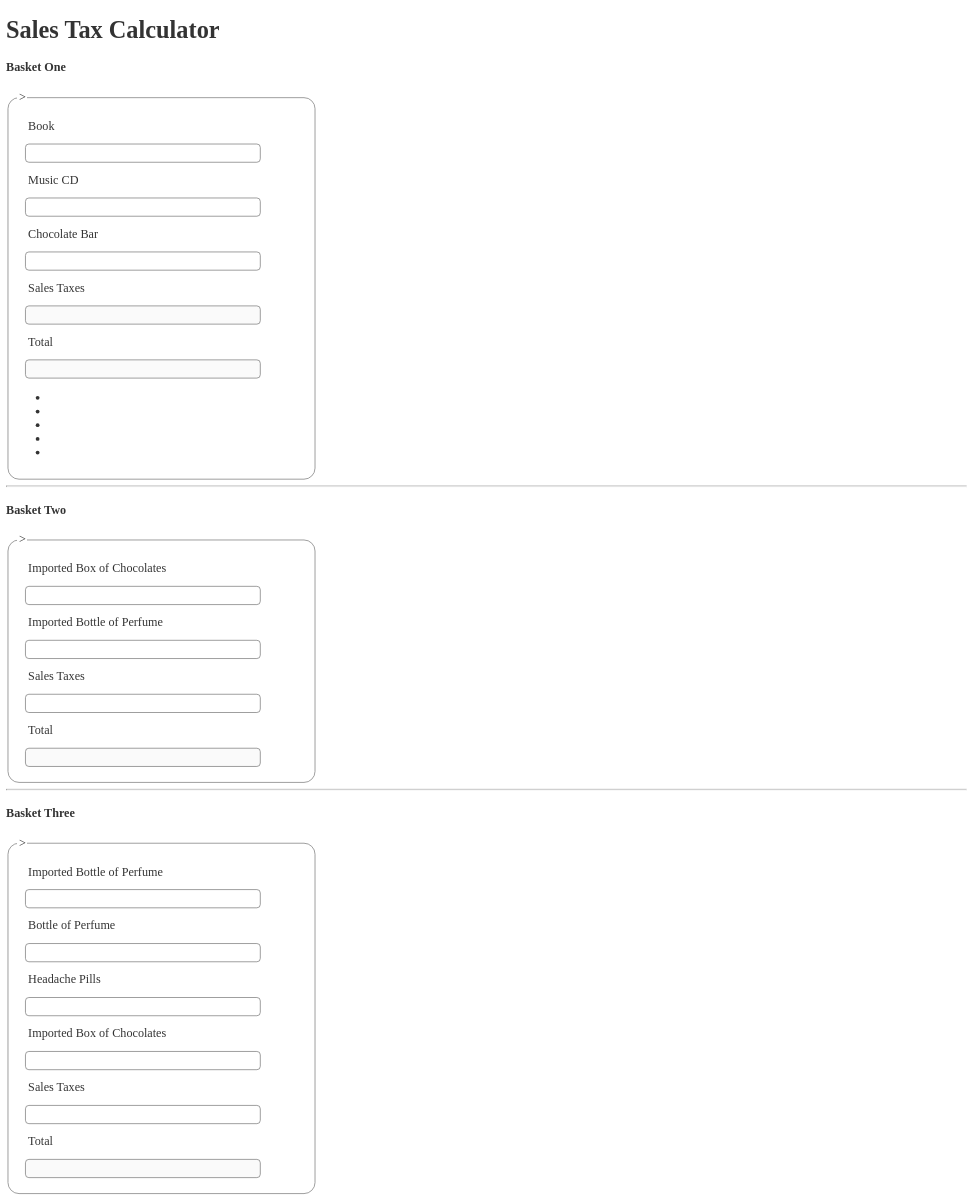
Repository: duzzisantos/sales-tax
Page: index.html
The author's editor kept a copy of each file at every save. The page is drawn from the files as they stood at one save, then again after the next save.
The browser window is 1280 px wide. The pictures show the whole page, at 76% of full size.

Above is the page before, as saved 2022-05-25 21:32:48.

### index.html
<!DOCTYPE html>
<html lang="en">

<head>
    <meta charset="UTF-8">
    <meta http-equiv="X-UA-Compatible" content="IE=edge">
    <meta name="viewport" content="width=device-width, initial-scale=1.0">
    <link href="style.css" rel="stylesheet">
    <title>Sales Tax Calculator</title>
</head>

<body>
    <h1>Sales Tax Calculator</h1>
    <section id="container">
        <h4>Basket One</h4>
        <fieldset>
            <legend>
                <!----Add basket icon here-->>
            </legend>
            <label for="book">Book</label>
            <input id="book" type="number" name="book" onchange="basketOne()" />
            <label for="musicCD">Music CD</label>
            <input id="musicCD" type="number" name="musicCD" onchange="basketOne()" />
            <label for="chocolateBar">Chocolate Bar</label>
            <input id="chocolateBar" type="number" name="chocolateBar" onchange="basketOne()" />
            <label for="sales-taxes">Sales Taxes</label>
            <input id="sales-taxes" type="number" name="sales-taxes" onchange="basketOne()" disabled />
            <label for="total">Total</label>
            <input id="total" type="number" name="total" onchange="basketOne()" disabled />
            <ul class="listOne">
                <li></li>
                <li></li>
                <li></li>
                <li></li>
                <li></li>
            </ul>
        </fieldset>
        <hr>
        <h4>Basket Two</h4>
        <fieldset>
            <legend>
                <!----Add basket icon here-->>
            </legend>
            <label for="imported-box-chocolate">Imported Box of Chocolates</label>
            <input id="imported-box-chocolate" type="number" name="imported-box-chocolate" onchange="basketTwo()" />
            <label for="imported-perfume">Imported Bottle of Perfume</label>
            <input id="imported-perfume" type="number" name="imported-perfume" onchange="basketTwo()" />

            <label for="sales-taxes2">Sales Taxes</label>
            <input id="sales-taxes2" type="number" name="sales-taxes2" onchange="basketTwo()" />
            <label for="total">Total</label>
            <input disabled id="total2" type="number" name="total2" onchange="basketTwo()" />
        </fieldset>
        <hr>
        <h4>Basket Three</h4>
        <fieldset>
            <legend>
                <!----Add basket icon here-->>
            </legend>
            <label for="imported-perfume2">Imported Bottle of Perfume</label>
            <input id="imported-perfume2" type="number" name="imported-perfume2" onchange="basketThree()" />
            <label for="bottle-perfume">Bottle of Perfume</label>
            <input id="bottle-perfume" type="number" name="bottle-perfume" onchange="basketThree()" />
            <label for="pills">Headache Pills</label>
            <input id="pills" type="number" name="pills" onchange="basketThree()" />
            <label for="imported-box-chocolate2">Imported Box of Chocolates</label>
            <input id="imported-box-chocolate2" type="number" name="imported-box-chocolate2" onchange="basketThree()" />
            <label for=" sales-taxes3">Sales Taxes</label>
            <input id="sales-taxes3" type="number" name="sales-taxes3" onchange="basketThree()" />
            <label for="total3">Total</label>
            <input disabled id="total3" type="number" name="total3" onchange="basketThree()" />
        </fieldset>
    </section>
</body>
<script src="first.js"></script>
<script src="second.js"></script>
<script src="third.js"></script>

</html>

### style.css
*{
    color: rgb(0,0,0,0.8);
}

.container{
    display: flex;
    flex-direction: column;
    align-items: center;
    justify-content: center;
    bottom: 0;
}

fieldset{
    height: fit-content;
    width: 30%;
    border: 1px solid grey;
    border-radius: 15px;
}

label, input{
    display: block;
    margin: 10px;
    padding: 4px;
}

input{
    width: 300px;
    border-radius: 5px;
    border: 1px solid grey;
}

### first.js
//Variables for tax rate
let taxFree = 0;
let basicTax = 10;
let importDuty = 5;

//imported basic taxable items attract an extra non-negotiable tax rate of 5%, therefore 10% + 5% = 15%
let basicPlusImportDuty = basicTax + importDuty;

//An app that computes the first basket of goods
const basketOne = () => {
  let book = document.getElementById("book").value;
  let musicCD = document.getElementById("musicCD").value;
  let chocolateBar = document.getElementById("chocolateBar").value;

  // The plus sign is used in front of every variable to indicate to JavaScript that they are numerical values
  // Without this, they would become concatenated strings

  //these are the sums of the items and their taxes
  let bookPlusTax = +taxFree * +book + +book;
  let musicCDPlusTax = (basicTax * +musicCD) / 100 + +musicCD;
  let chocolateBarPlusTax = +taxFree * +chocolateBar + +chocolateBar;

  //this computes the total price paid by the customer
  let netPayment = +bookPlusTax + +musicCDPlusTax + +chocolateBarPlusTax;
  document.getElementById("total").value = netPayment.toFixed(2);

  //this computes the total sales tax generated
  let totalTaxes =
    bookPlusTax -
    book +
    (musicCDPlusTax - musicCD) +
    (chocolateBarPlusTax - chocolateBar);

  //Math.ceil and toFixed method helps us round up to the nearest 0.05
  document.getElementById("sales-taxes").value = (
    Math.ceil(totalTaxes * 20) / 20
  ).toFixed(2);
};

### second.js
//Variables for tax rate
let basicTax2 = 10;
let importDuty2 = 5;

//imported basic taxable items attract an extra non-negotiable tax rate of 5%, therefore 10% + 5% = 15%
let basicPlusImportDuty2 = basicTax2 + importDuty2;

//An app that computes the second basket of goods
const basketTwo = () => {
  let importedChocolate = document.getElementById(
    "imported-box-chocolate"
  ).value;
  let importedPerfume2 = document.getElementById("imported-perfume").value;

  // The plus sign is used in front of every variable to indicate to JavaScript that they are numerical values
  // Without this, they would become concatenated strings

  //these are the sums of the imported items and their taxes
  let importedChocolatePlusTax =
    (importDuty2 * +importedChocolate) / 100 + +importedChocolate;
  let importedPerfume2PlusTax =
    (basicPlusImportDuty2 * +importedPerfume2) / 100 + +importedPerfume2;

  //Math.ceil and toFixed method helps us round up to the nearest 0.05
  //this computes the total price paid by the customer
  let netPayment = +importedChocolatePlusTax + +importedPerfume2PlusTax;
  document.getElementById("total2").value = (
    Math.ceil(netPayment * 20) / 20
  ).toFixed(2);

  //this computes the total sales tax generated
  let totalTaxes =
    (importDuty2 * +importedChocolate) / 100 +
    (basicPlusImportDuty2 * +importedPerfume2) / 100;
  document.getElementById("sales-taxes2").value = (
    Math.ceil(totalTaxes * 20) / 20
  ).toFixed(2);
};

### third.js
//Variables for tax rate
let taxFree3 = 0;
let basicTax3 = 10;
let importDuty3 = 5;
let basicPlusImportDuty3 = basicTax3 + importDuty3;


//App that computes the third basket of goods
const basketThree = () => {
    let importedPerfume2 = document.getElementById("imported-perfume2").value;
    let bottlePerfume = document.getElementById("bottle-perfume").value;
    let pills = document.getElementById("pills").value;
    let importedChocolate2 = document.getElementById("imported-box-chocolate2").value;


    //    // The plus sign is used in front of every variable to indicate to JavaScript that they are numerical values
     // Without this, they would become concatenated strings

    //these are the sums of the imported items and their taxes
    let importedPerfume2PlusTax = (basicPlusImportDuty3 * +importedPerfume2) / 100 + +importedPerfume2;
    let bottlePerfumePlusTax =
      (basicTax3 * +bottlePerfume) / 100 + +bottlePerfume;
    let pillsPlusTax = (taxFree3 * +pills) + +pills;
    let importedChocolate2PlusTax =
      (importDuty3 * +importedChocolate2) / 100 + +importedChocolate2;

    //Math.ceil and toFixed method helps us round up to the nearest 0.05
    //This computes the prices plus their taxes
    let netPayment =
      importedPerfume2PlusTax +
      bottlePerfumePlusTax +
      pillsPlusTax +
      importedChocolate2PlusTax;
    document.getElementById("total3").value = (Math.ceil(netPayment * 20) / 20).toFixed(2);

    //this computes the total taxes generated from selling basket three
    let totalTaxes =
      importedPerfume2PlusTax -
      importedPerfume2 +
      (bottlePerfumePlusTax - bottlePerfume) +
      (pillsPlusTax - pills) +
      (importedChocolate2PlusTax - importedChocolate2);

    document.getElementById("sales-taxes3").value = (
        Math.ceil(totalTaxes * 20) / 20
      ).toFixed(2);
  };

After the next save:
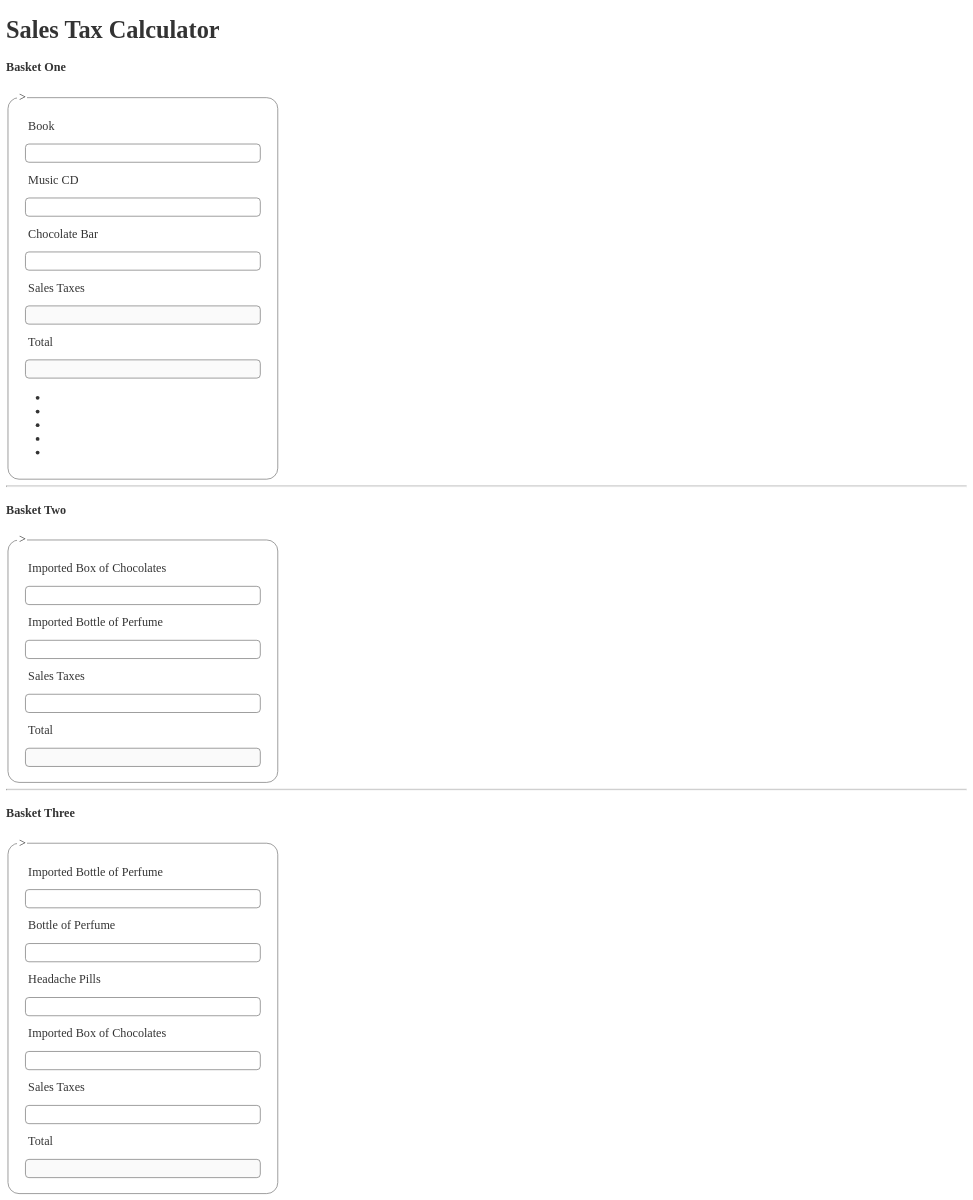
Saved 9 s later.
--- a/style.css
+++ b/style.css
@@ -12,7 +12,7 @@
 
 fieldset{
     height: fit-content;
-    width: 30%;
+    width: 20%;
     border: 1px solid grey;
     border-radius: 15px;
 }
